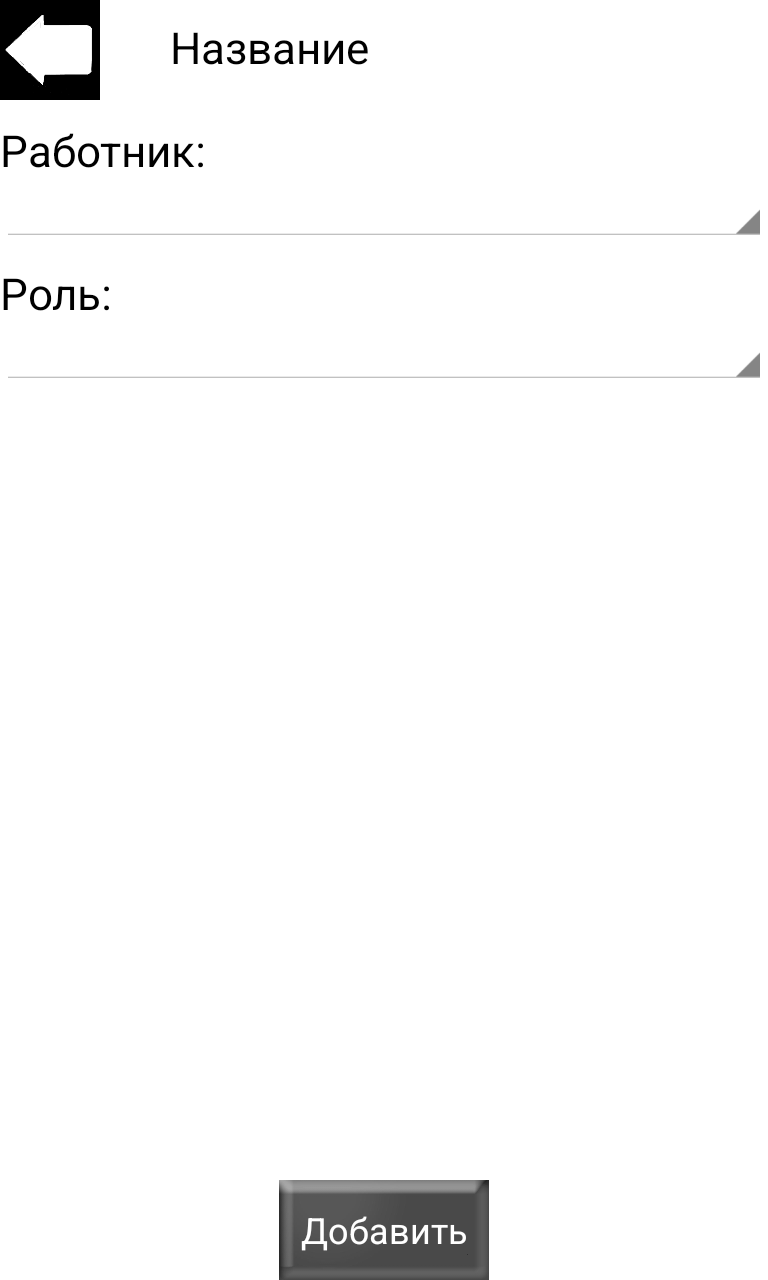
Repository: webguild/RedmineMobile
Layout: Android/RedmineAndroid/res/layout/project_add_worker.xml
The author's editor kept a copy of each file at every save. The layout is drawn from the files as they stood at one save, then again after the next save.
It is drawn on a 768 x 1280 px phone screen (xhdpi) without system bars, with theme AppTheme; the app's code is not run.

Above is the layout before, as saved 2013-01-18 15:24:06.

After the next save:
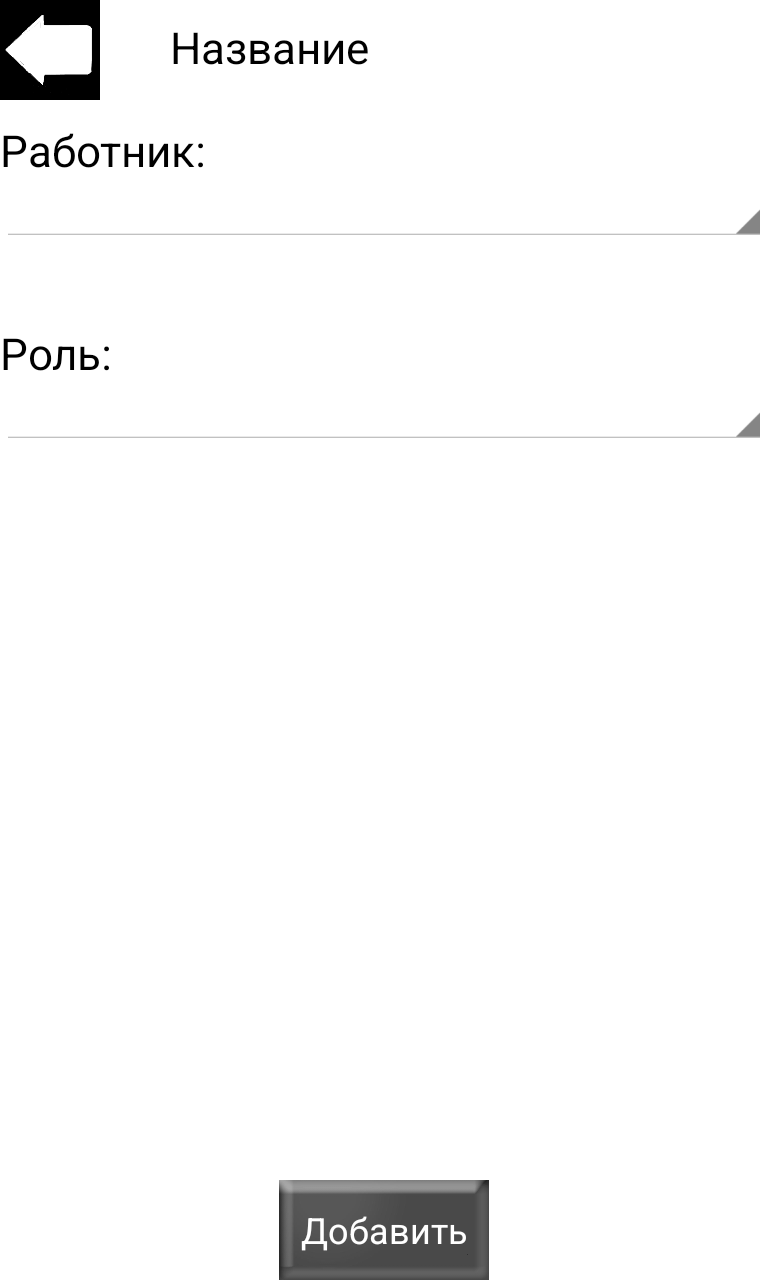
Saved 89 s later.
--- a/Android/RedmineAndroid/res/layout/project_add_worker.xml
+++ b/Android/RedmineAndroid/res/layout/project_add_worker.xml
@@ -41,7 +41,7 @@
         android:id="@+id/textView3"
         android:layout_width="wrap_content"
         android:layout_height="wrap_content"
-        android:layout_marginTop="10dp"
+        android:layout_marginTop="40dp"
         android:text="Роль:"
         android:textAppearance="?android:attr/textAppearanceLarge" />
 
@@ -50,12 +50,11 @@
         android:layout_width="match_parent"
         android:layout_height="wrap_content" />
 
-
-
     <LinearLayout
         android:id="@+id/LinearLayout1"
         android:layout_width="fill_parent"
         android:layout_height="fill_parent"
+        android:layout_marginTop="30dp"
         android:orientation="horizontal" >
 
         <LinearLayout
